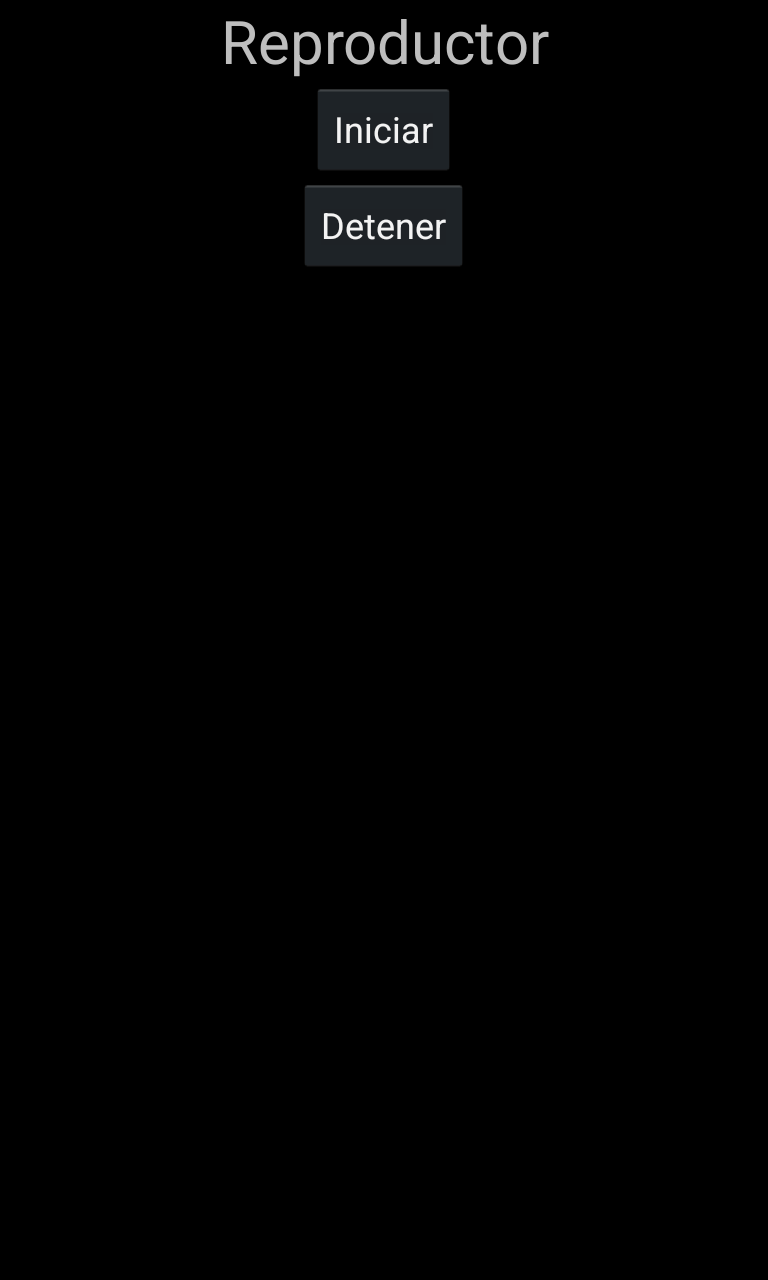
Repository: dorisserruto/un_exercises
Layout: javaandroid/Recursos/workspace-profe/lab13_player1/res/layout/main.xml
An editor plug-in stored every save of this project. The layout is shown before and after the next save, followed by the edit.
It is drawn on a 768 x 1280 px phone screen (xhdpi) without system bars, with theme android:Theme.Holo; the app's code is not run.

Above is the layout before, as saved 2012-06-24 16:42:05.

After the next save:
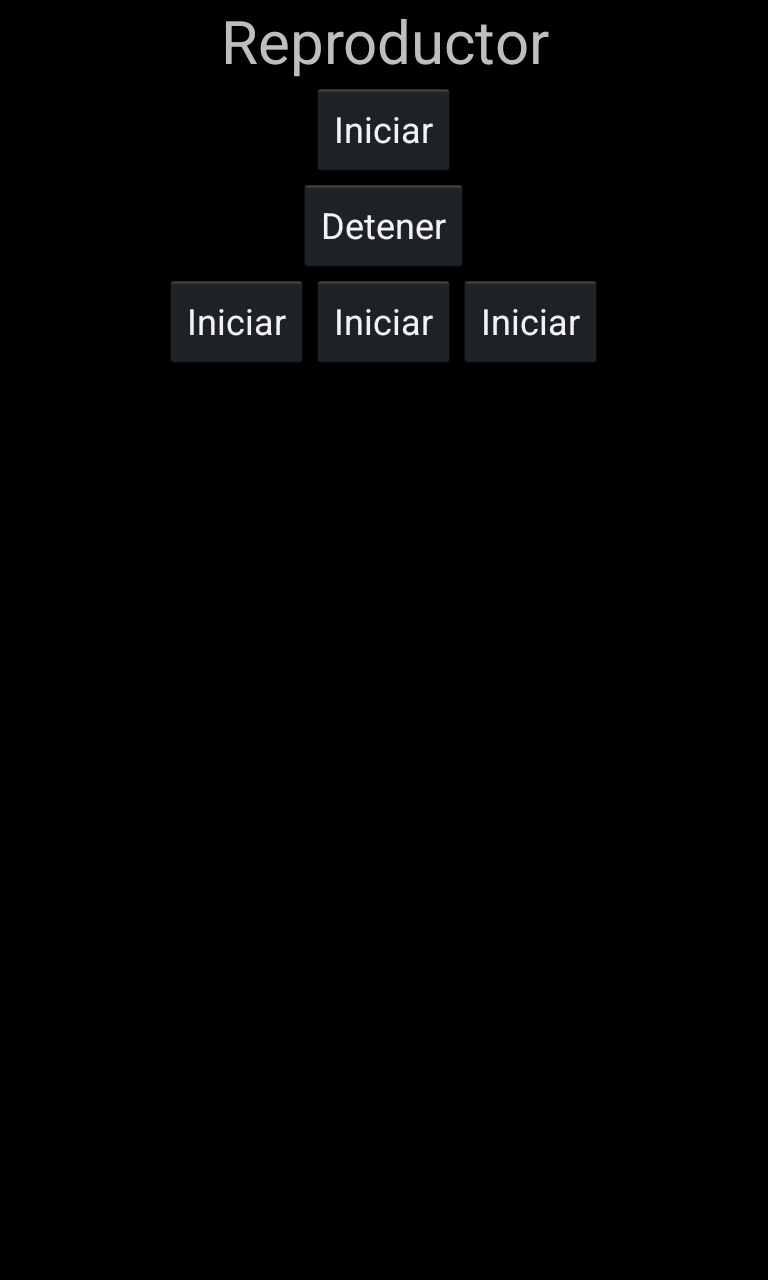
Saved 29 s later.
--- a/javaandroid/Recursos/workspace-profe/lab13_player1/res/layout/main.xml
+++ b/javaandroid/Recursos/workspace-profe/lab13_player1/res/layout/main.xml
@@ -29,7 +29,22 @@
     <LinearLayout
         android:layout_width="wrap_content"
         android:layout_height="wrap_content"
-        android:orientation="vertical" >
+        android:orientation="horizontal" >
+        <Button
+        android:id="@+id/btnStart"
+        android:layout_width="wrap_content"
+        android:layout_height="wrap_content"
+        android:text="Iniciar" />
+        <Button
+        android:id="@+id/btnStart"
+        android:layout_width="wrap_content"
+        android:layout_height="wrap_content"
+        android:text="Iniciar" />
+        <Button
+        android:id="@+id/btnStart"
+        android:layout_width="wrap_content"
+        android:layout_height="wrap_content"
+        android:text="Iniciar" />
     </LinearLayout>
 
     <LinearLayout
